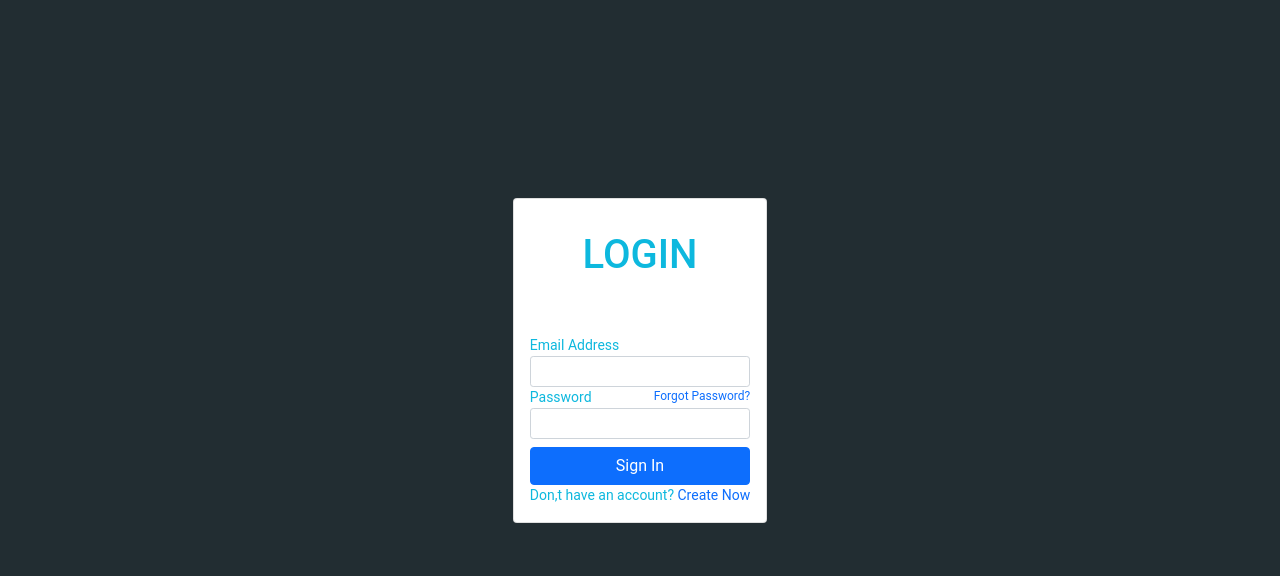
Repository: zjria/Bootstrap_logIn_1
Page: LoginPage/index.html
These files come from the project's save history. The page is drawn as it stood at one moment and after the next save; the edit follows.
The browser window is 1280 px wide. The pictures show the whole page.

Above is the page before, as saved 2022-06-14 11:46:40.

### LoginPage/index.html
<!DOCTYPE html>
<html lang="en">
<head>
    <meta charset="UTF-8">
    <meta http-equiv="X-UA-Compatible" content="IE=edge">
    <meta name="viewport" content="width=device-width, initial-scale=1.0">
    <title>LogIn Page</title>

    <!-- Bootstrap CDN Link -->
    <link href="https://cdn.jsdelivr.net/npm/bootstrap@5.0.2/dist/css/bootstrap.min.css" rel="stylesheet" integrity="sha384-EVSTQN3/azprG1Anm3QDgpJLIm9Nao0Yz1ztcQTwFspd3yD65VohhpuuCOmLASjC" crossorigin="anonymous">

    <!-- Google Font -->
    <link rel="preconnect" href="https://fonts.googleapis.com">
    <link rel="preconnect" href="https://fonts.gstatic.com" crossorigin>
    <!-- Custom Css -->
    <link rel="stylesheet" href="style.css">
</head>
<body>
    <div class="global-container">
        <div class="card login-form">
            <div class="card-body">
                <h1 class="card-body text-center">LOGIN</h1>
                <div class="card-text">
                    <form action="#">

                        <div class="form-group">
                            <label for="exampleInputEmail1">Email Address</label>
                            <input type="email" class="form-control form-control-sm" id="exampleInputEmail1">
                        </div>

                        <div class="form-group">
                            <label for="exampleInputPassword1">Password</label>
                            <a href="#" style="float: right; font-size: 12px;" class="text-decoration-none">Forgot Password?</a>

                            <input type="password" class="form-control form-control-sm mb-2" id="exampleInputPassword1">

                            <div class="d-grid gap-2">

                                <button type="submit" class="btn btn-primary">
                                    Sign In
                                </button>

                              </div>

                            </div>




                        <div class="singUp">Don,t have an account? <a href="#" class="text-decoration-none">Create Now</a></div>
                    </form>
                </div>
            </div>
        </div>
    </div>

<!-- Bootstrap JavaScript Link -->
<script src="https://cdn.jsdelivr.net/npm/bootstrap@5.0.2/dist/js/bootstrap.bundle.min.js" integrity="sha384-MrcW6ZMFYlzcLA8Nl+NtUVF0sA7MsXsP1UyJoMp4YLEuNSfAP+JcXn/tWtIaxVXM" crossorigin="anonymous"></script>

</body>
</html>

### LoginPage/style.css
body, html {
    height: 100%;
    background-color: #222d32 !important;
    font-family: 'Roboto', sans-serif;
}
.global-container{
    height: 100%;
    display: flex;
    align-items: center;
    justify-content: center;
    color: #0db8de;
}
form{
    padding-top: 10px;
    margin-top: 30px;
    font-size: 14px;
}
input[type="email"],
input[type="password"]{

}

After the next save:
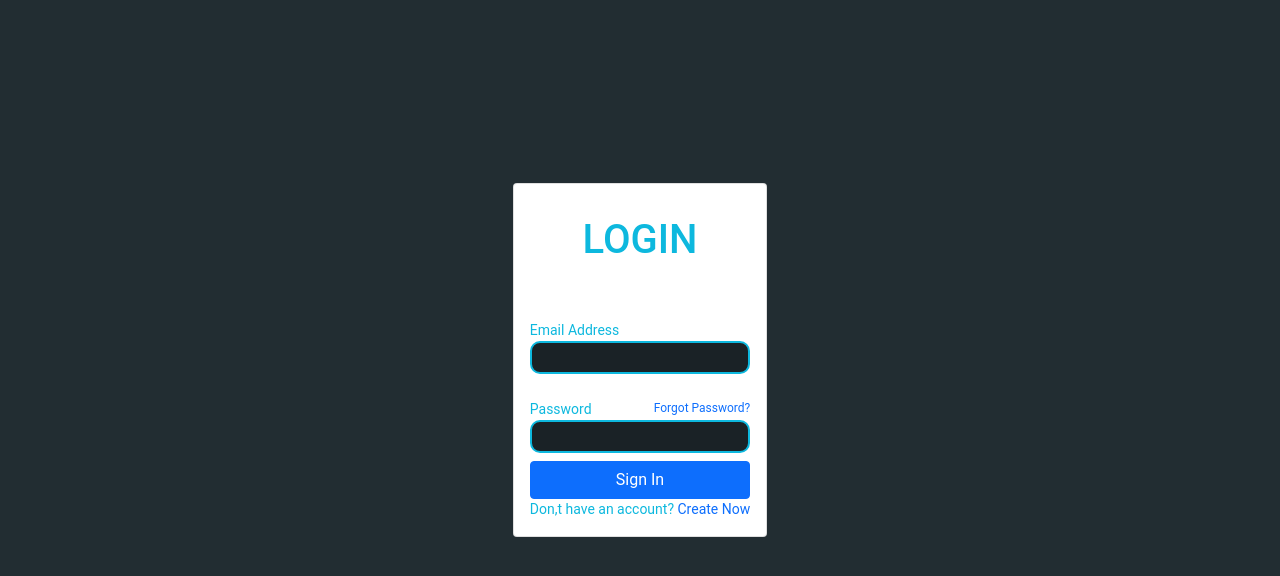
Saved 107 s later.
--- a/LoginPage/style.css
+++ b/LoginPage/style.css
@@ -17,5 +17,8 @@ form{
 }
 input[type="email"],
 input[type="password"]{
-
+    background: #1a2226;
+    border: 2px solid #0db8de;
+    border-radius: 10px;
+    margin-bottom: 25px;
 }
